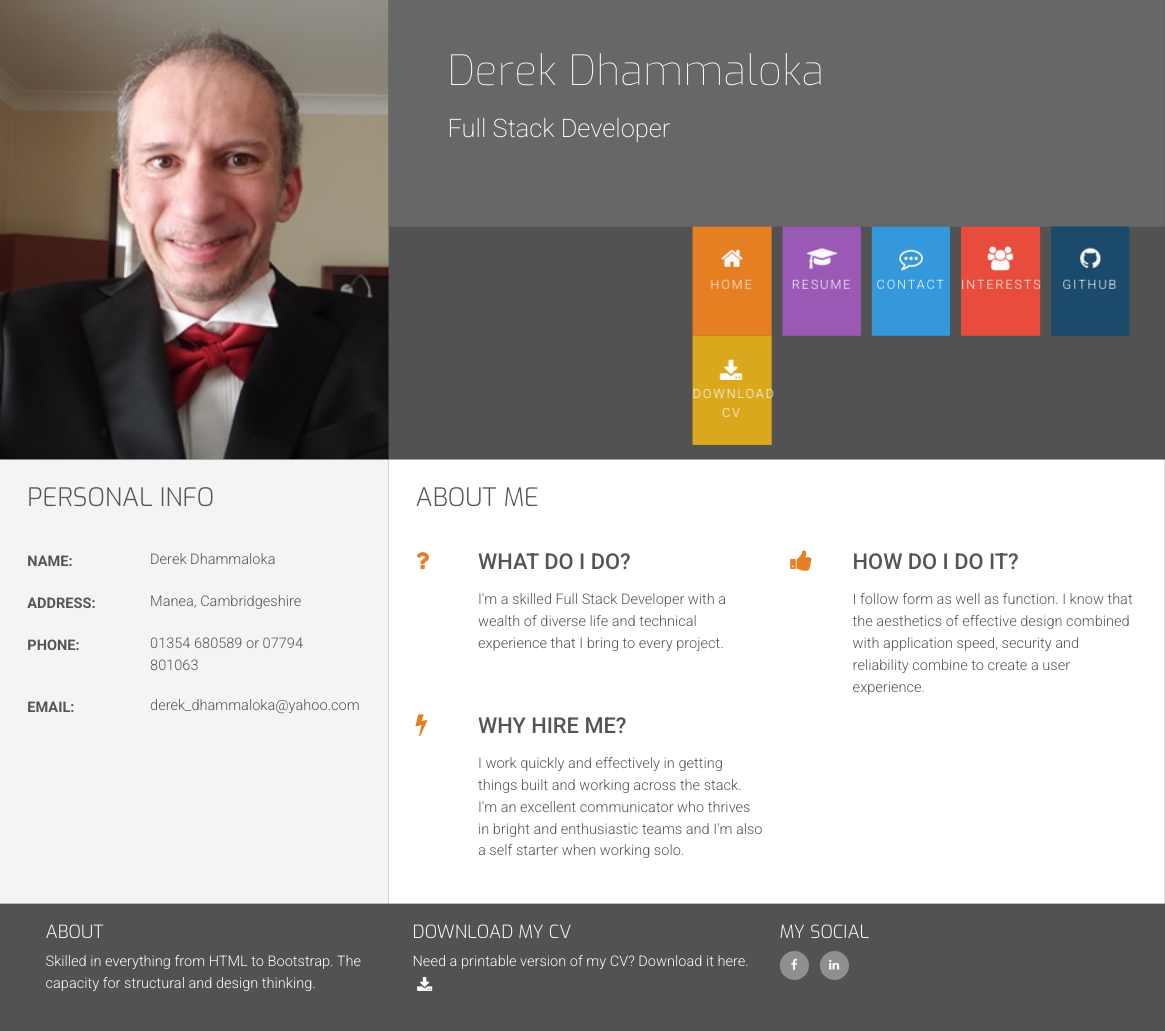
Repository: derektypist/derek-dhammaloka-cv
Page: index.html
The author's editor kept a record of every edit. The page is drawn from the files as they stood at one moment, then again after the next edit.
The browser window is 1280 px wide. The pictures show the whole page, at 91% of full size.
Some web libraries are served in a nearby version.

Above is the page before.

### index.html
<!DOCTYPE html>
<html>
    <head>
    <link rel="stylesheet" href="https://maxcdn.bootstrapcdn.com/bootstrap/4.3.1/css/bootstrap.min.css" integrity="sha384-ggOyR0iXCbMQv3Xipma34MD+dH/1fQ784/j6cY/iJTQUOhcWr7x9JvoRxT2MZw1T" crossorigin="anonymous">
    <link rel="stylesheet" href="https://maxcdn.bootstrapcdn.com/font-awesome/4.7.0/css/font-awesome.min.css" type="text/css" />
    <link rel="stylesheet" href="https://cdnjs.cloudflare.com/ajax/libs/hover.css/2.1.1/css/hover-min.css" type="text/css" />
    <link rel="stylesheet" href="assets/css/style.css" type="text/css" />
    <meta name="viewport" content="width=device-width, initial-scale=1">
    <title>Derek Dhammaloka CV - Home Page</title>
</head>
<body>
  <header class="container-fluid">

            <div class="row">

                <a class="col-md-4 logo" href="index.html" title="Derek Dhammaloka Home Page"></a>

                <div class="col-md-8">

                    <div class="row bg-color-name-title">
                        <div class="col heading">
                            <h1 class="name">Derek Dhammaloka</h1>
                            <h2 class="title">Full Stack Developer</h2>
                        </div>
                    </div>

                    <div class="row">
                        <div class="col"></div>

                        <ul class="list-inline">

                            <li class="col-xs-6 col-sm-2 ui-menu-color-home menuitem list-inline-item">

                                <a href="index.html" class="hvr-sweep-to-bottom"><i class="fa fa-home" aria-hidden="true"></i><span>Home</span></a>

                            </li>

                            <li class="col-xs-6 col-sm-2 ui-menu-color-resume menuitem list-inline-item">

                                <a href="resume.html" class="hvr-sweep-to-bottom"><i class="fa fa-graduation-cap" aria-hidden="true"></i><span>Resume</span></a>

                            </li>

                            <li class="col-xs-6 col-sm-2 ui-menu-color-contact menuitem list-inline-item">

                                <a href="contact.html" class="hvr-sweep-to-bottom"><i class="fa fa-commenting-o" aria-hidden="true"></i><span>Contact</span></a>

                            </li>

                            <li class="col-xs-6 col-sm-2 ui-menu-color-interests menuitem list-inline-item">
                                <a href="interests.html" class="hvr-sweep-to-bottom"><i class="fa fa-users" aria-hidden="true "></i><span>Interests</span></a>
                            </li>

                            <li class="col-xs-6 col-sm-2 ui-menu-color-github menuitem list-inline-item">
                                <a href="github.html" class="hvr-sweep-to-bottom"><i class="fa fa-github" aria-hidden="true "></i><span>GitHub</span></a>
                            </li>

                            <li class="col-xs-6 col-sm-2 ui-menu-color-download menuitem list-inline-item">

                                <a href="assets/cv/derekdhammaloka-cv.pdf" target="_blank" class="hvr-sweep-to-bottom"><span><i class="fa fa-download" aria-hidden="true"></i>Download CV</span></a>

                            </li>

                        </ul>

                    </div>

                </div>

            </div>

        </header>

    <section class="container-fluid">
            <div class="row row-table">
                <div class="col-xs-12 col-sm-12 col-md-4 bg-color-personal-info section-column">
                    <div class="row">
                        <div class="col-md-12">
                            <h3 class="section-heading uppercase">Personal Info</h3>
                        </div>
                    </div>
                    <div class="personal-info-item">
                        <div class="key">
                            <p class="uppercase">Name:</p>
                        </div>
                        <div class="value">
                            <p>Derek Dhammaloka</p>
                        </div>
                    </div>
                    <div class="personal-info-item">
                        <div class="key">
                            <p class="uppercase">Address:</p>
                        </div>
                        <div class="value">
                            <p>Manea, Cambridgeshire</p>
                        </div>
                    </div>
                    <div class="personal-info-item">
                        <div class="key">
                            <p class="uppercase">Phone:</p>
                        </div>
                        <div class="value">
                            <p>01354 680589 or 07794 801063</p>
                        </div>
                    </div>
                    <div class="personal-info-item">
                        <div class="key">
                            <p class="uppercase">Email:</p>
                        </div>
                        <div class="value">
                            <p>derek_dhammaloka@yahoo.com</p>
                        </div>
                    </div>
                </div>
                <div class="col-xs-12 col-sm-12 col-md-8 bg-color-three-reasons section-column">
                    <div class="row">
                        <div class="col-md-12">
                            <h3 class="section-heading uppercase">About Me</h3>
                        </div>
                    </div>
                    <div class="row">
                        <div class="col-xs-10 col-xs-offset-1 col-sm-offset-0 col-sm-4 col-md-6">
                            <div class="row">
                                <div class="col-xs-2 col-sm-2 col-md-2">
                                    <i class="three-reasons-icons fa fa-question" aria-hidden="true"></i>
                                </div>
                                <div class="col-xs-10 col-sm-10">
                                    <h4 class="three-reasons-heading uppercase">What do I do?</h4>
                                    <p>
                                        I'm a skilled Full Stack Developer with a wealth of diverse
                                        life and technical experience that I bring to every project.
                                    </p>
                                </div>
                            </div>
                        </div>
                        <div class="col-xs-10 col-xs-offset-1 col-sm-offset-0 col-sm-4 col-md-6">
                                <div class="row">
                                    <div class="col-xs-2 col-sm-2 col-md-2">
                                        <i class="three-reasons-icons fa fa-thumbs-up" aria-hidden="true"></i>
                                    </div>
                                    <div class="col-xs-10 col-sm-10">
                                        <h4 class="three-reasons-heading uppercase">How do I do it?</h4>
                                        <p>
                                            I follow form as well as function.
                                            I know that the aesthetics of effective design combined with application speed,
                                            security and reliability combine to create a user experience.
                                        </p>
                                    </div>
                                </div>
                            </div>
                        <div class="col-xs-10 col-xs-offset-1 col-sm-offset-0 col-sm-4 col-md-6">
                            <div class="row">
                                <div class="col-xs-2 col-sm-2 col-md-2">
                                    <i class="three-reasons-icons fa fa-bolt" aria-hidden="true"></i>
                                </div>
                                <div class="col-xs-10 col-sm-10">
                                    <h4 class="three-reasons-heading uppercase">Why hire me?</h4>
                                    <p>
                                        I work quickly and effectively in getting things built and working across the stack.
                                        I'm an excellent communicator who thrives in bright and enthusiastic teams and I'm
                                        also a self starter when working solo.
                                    </p>
                                </div>
                            </div>
                        </div>
                    </div>
                </div>
            </div>
        </section>

    <footer class="container-fluid">
        <div class="row" id="footer-details">
            <div class="col-sm-4">
                <h5 class="uppercase general-sub">About</h5>
                <p class="inline-block">
                    Skilled in everything from HTML to Bootstrap.
                    The capacity for structural and design thinking.

                </p>
            </div>

            <div class="col-sm-4">
                <h5 class="uppercase general-sub">Download My CV</h5>
                <p class="inline-block">
                    Need a printable version of my CV?  Download it here.
                <a href="assets/cv/derekdhammaloka-cv.pdf" target="_blank" class="cv-pdf"><i class="fa fa-download" aria-hidden="true"></i></a>
                </p>

            </div>

            <div class="col-sm-4">
                <h5 class="uppercase general-sub">My Social</h5>
                <ul class="list-inline social-links">
                    <li class="list-inline-item"><a target="_blank" href="https://www.facebook.com/derek.dhammaloka"><i class="fa fa-facebook"></i></a></li>
                    <li class="list-inline-item"><a target="_blank" href="https://www.linkedin.com/in/derekdhammaloka"><i class="fa fa-linkedin"></i></a></li>
                </ul>

            </div>
        </div>
    </footer>
</body>
</html>

### assets/css/style.css
@import url('https://fonts.googleapis.com/css?family=Roboto:100,200,300,400,500,600,700|Exo:100,200,300,400,500,600,700');


/* Colors */

.bg-color-name-title {
    background-color: #676767;
}

.bg-color-three-reasons {
    background-color: #ffffff;
}

.ui-menu-color-home {

    background-color: #e67e22;

}


.ui-menu-color-resume {

    background-color: #9b59b6;

}



.ui-menu-color-contact {

    background-color: #3498db;

}


.ui-menu-color-download {

    background-color: #d9a81d;

}

.ui-menu-color-github {
    background-color: #1c4a6c;
}

.ui-menu-color-interests {
    background-color: #e74c3c;
}

.bg-color-personal-info {
    background-color: #f4f4f4;
}

.bg-color-work-history {
    background-color: #9b59b6;
}

.bg-color-contact {
    background-color: #ffffff;
}

.bg-color-conferences {

    background-color: #f4f4f4;

}


.bg-color-groups {

    background-color: #ffffff;

}

body {
    font-family: "Roboto", Arial, Verdana, sans-serif;
    font-weight: 300;
    background-color: #525252;
    color: #555555;
}




/* Special Padding/Margins/Text */

h1, h2, h3, h4 {
    margin: 0;
}

.uppercase {
    text-transform: uppercase;
}

.general-sub {
    font-family: "Exo", Arial, Verdana, sans-serif;
    font-weight: 300;
    color: #fafafa;
}

.inline-block {
    display: inline-block;
}

.row-table {
    display: table;
}

.history-heading, .section-heading {
    font-family: "Exo", Arial, Verdana, sans-serif;
    font-weight: 300;
    margin-top: 25px;
    margin-bottom: 40px;
}

.text-center {
    text-align: center;
}

/* Heading */

header {
    margin: 0;
}



.heading {
    margin-left: 50px;
}


.logo {

    background: url("../images/derek.jpg");

    background-position: center;

    background-repeat: no-repeat;

    background-size: cover;

    min-height: 360px;


    transition: all .5s ease-in-out;

    -moz-transition: all .5s ease-in-out;
    -webkit-transition: all .5s ease-in-out;
    -o-transition: all .5s ease-in-out;

}

.name {
    font-family: "Exo", Arial, Verdana, sans-serif;
    font-weight: 100;
    font-size: 46px;
    margin-top: 50px;
    color: #ffffff;
}

.title {
    font-family: "Roboto", Arial, Verdana, sans-serif;
    font-weight: 200;
    font-size: 28px;
    margin-top: 20px;
    margin-bottom: 90px;
    color: #fff;
}

#nav {
    margin: 0;
}

#nav li {
    padding: 0;
}

.menuitem {
    height: 120px;
    text-align: center;
    padding: 0;
}

.menuitem a {
    width: 100%;
    text-decoration: none;
    color: #ffffff;
    height: 120px;
}

.menuitem a i {
    padding-top: 22px;
    display: block;
    color: #fafafa;
    font-size: 26px;
}

.menuitem span {
    display: block;
    width: 100%;
    padding-top: 5px;
    text-align: center;
    text-transform: uppercase;
    font-size: 14px;
    font-weight: 300;
    letter-spacing: 2px;
}

/* Hover.css */

.hvr-sweep-to-bottom:before {
    background: rgb(0, 0, 0);
    background: rgba(0, 0, 0, 0.2);
    height: 120px;
}

/* Footer */
footer {
    background-color: #525252;
    color: #fafafa;
    min-height: 120px;
    margin: 0;
}

footer .cv-pdf {
    color: #fafafa;
    text-align: center;
    font-size: 18px;
    padding-left: 5px;
}

footer .cv-pdf i:hover {
    color: #e84610;
    transition: all 0.35s ease-in-out;
    -moz-transition: all 0.35s ease-in-out;
    -webkit-transition: all 0.35s ease-in-out;
    -o-transition: all 0.35s ease-in-out;
}

.social-links {
    padding-bottom: 15px;
}

.social-links li a i {
    width: 32px;
    height: 32px;
    padding: 12px 0px;
    border-radius: 50%;
    font-size: 13px;
    line-height: 7px;
    text-align: center;
    color: #fafafa;
    background: #8f8f8f;
    transition: all 0.35s ease-in-out;
    -moz-transition: all 0.35s ease-in-out;
    -webkit-transition: all 0.35s ease-in-out;
    -o-transition: all 0.35s ease-in-out;

}

.social-links li a i:hover {
    background: #e84610;

}

#footer-details {
    margin: 20px;
}

/* Three Reasons */

.three-reasons-icons {
    font-size: 26px;
    color: #e67e22;
}

.three-reasons-heading {
    margin-bottom: 15px;
}

/* Personal Info */

.personal-info-item {
    margin-bottom: 20px;
    display: block;
    clear: both;
}



.personal-info-item .key, .personal-info-item .value {
    padding-right: 8px;
}

.personal-info-item .key p, .personal-info-item .value p {
    margin: 0;
}

.personal-info-item .key {
    display: inline-block;
    width: 30%;
    margin-right: 21px;
    padding-top: 2px;
    vertical-align: top;
}

.personal-info-item .key p {
    font-family: "Roboto", Arial, Verdana, sans-serif;
    font-weight: 700;

}

.personal-info-item .value {
    display: inline-block;
    position: relative;
    width: 60%;
}

/* Skills */

.progress {
    position: relative;
    height: 25px;
}

.progress-type {
    position: absolute;
    left: 0px;
    font-weight: 400;
    padding: 3px 30px 2px 10px;
    color: #fafafa;
    background-color: rgb(25, 25, 25);
    background-color: rgba(25, 25, 25, 0.2);
}

.progress-section {
    margin: 40px 20px;
}

/* Work History */

.timeline-item {
    padding: 4em 2em 0em 2em;
    position: relative;
    color: #fafafa;
    border-left: 1px solid;
}

.timeline-item p {
    padding: 0;
    margin: 0;
}

.timeline-item::before {
    content: attr(dates);
    position: absolute;
    left: 2.5em;
    top: 3em;
    display: block;
    font-family: "Exo", Arial, Verdana, sans-serif;
    font-weight: 500;
    font-size: .8em;
    padding: 0;
    margin: 0;
}

.timeline-item::after {
    width: 12px;
    height: 12px;
    display: block;
    top: 2.4em;
    position: absolute;
    left: -6px;
    border-radius: 12px;
    content: '';
    background: #fafafa;
}

.history-heading {
    color: #fafafa;
    margin-bottom: 50px;
}

.history-items {
    margin-bottom: 30px;
}

/* Interests */
.interest-links {
    text-decoration: none;
    color: #3498db;
}

.interest-links:hover {
    color: #e67e22;
}


/* Contact */

.contact-heading {
    font-family: "Exo", Arial, Verdana, sans-serif;
    font-weight: 300;
    margin-top: 25px;
    margin-bottom: 20px;
}

.center-form {
    padding-top: 10px;
    margin: 0 auto;
    max-width: 70%;
}

button[type="submit"] {
    margin-top: 15px;
    margin-bottom: 20px;
    background-color: #e84610;
    color: #fafafa;
}

/* Media Queries */

@media (min-width: 992px) {
    .section-column {
        padding: 0 30px 30px;
        float: none;
        display: table-cell;
    }

    .center-form {
    padding-top: 30px;
    min-height: 240px;
    margin: 0 auto;
    max-width: 50%;
}

}

/* Maps */
div#map {
    min-height: 360px;

}

After the next edit:
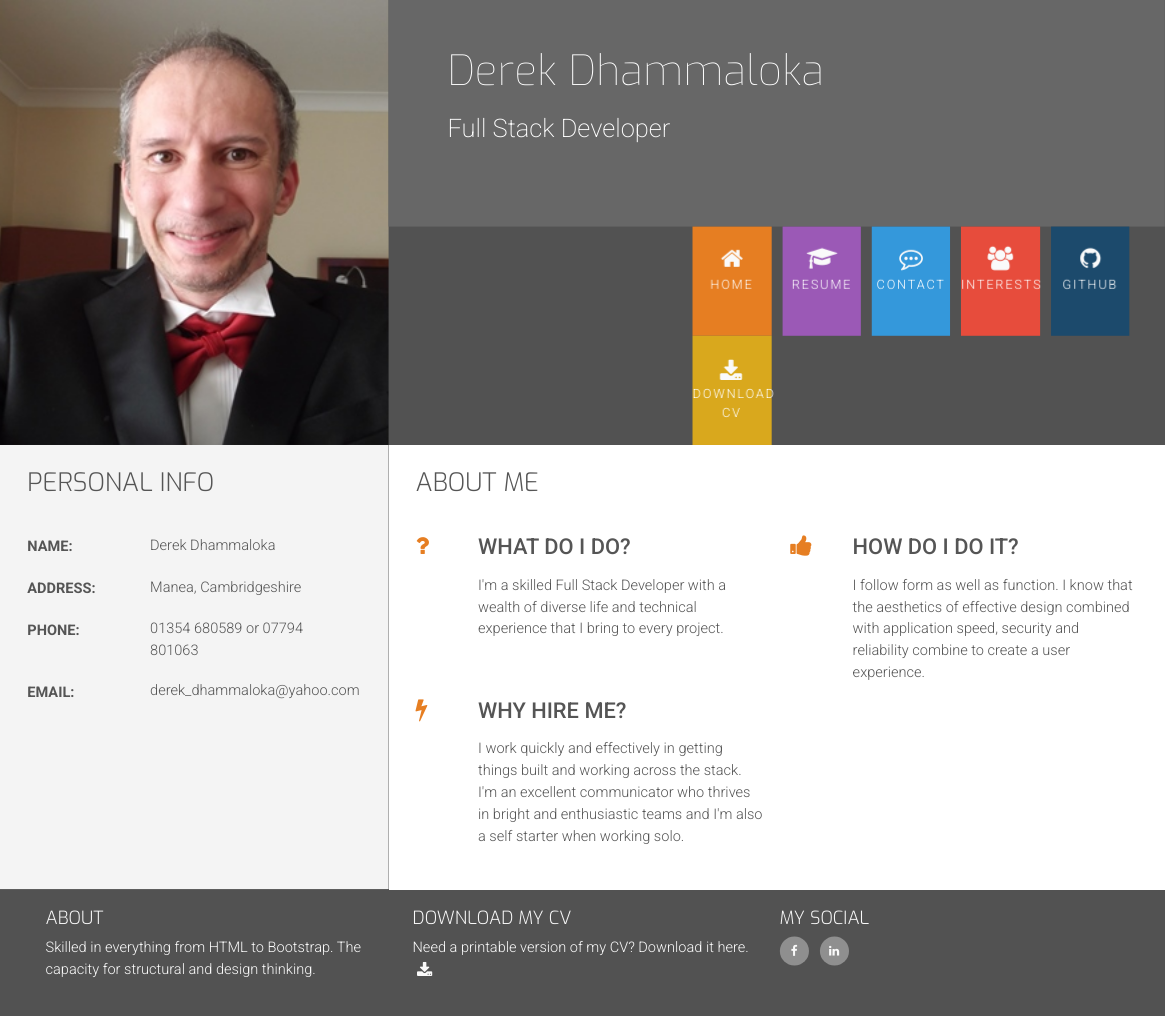
The edit:
--- a/index.html
+++ b/index.html
@@ -27,7 +27,7 @@
                     <div class="row">
                         <div class="col"></div>
 
-                        <ul class="list-inline">
+                        <ul class="list-inline" id="nav">
 
                             <li class="col-xs-6 col-sm-2 ui-menu-color-home menuitem list-inline-item">
 
